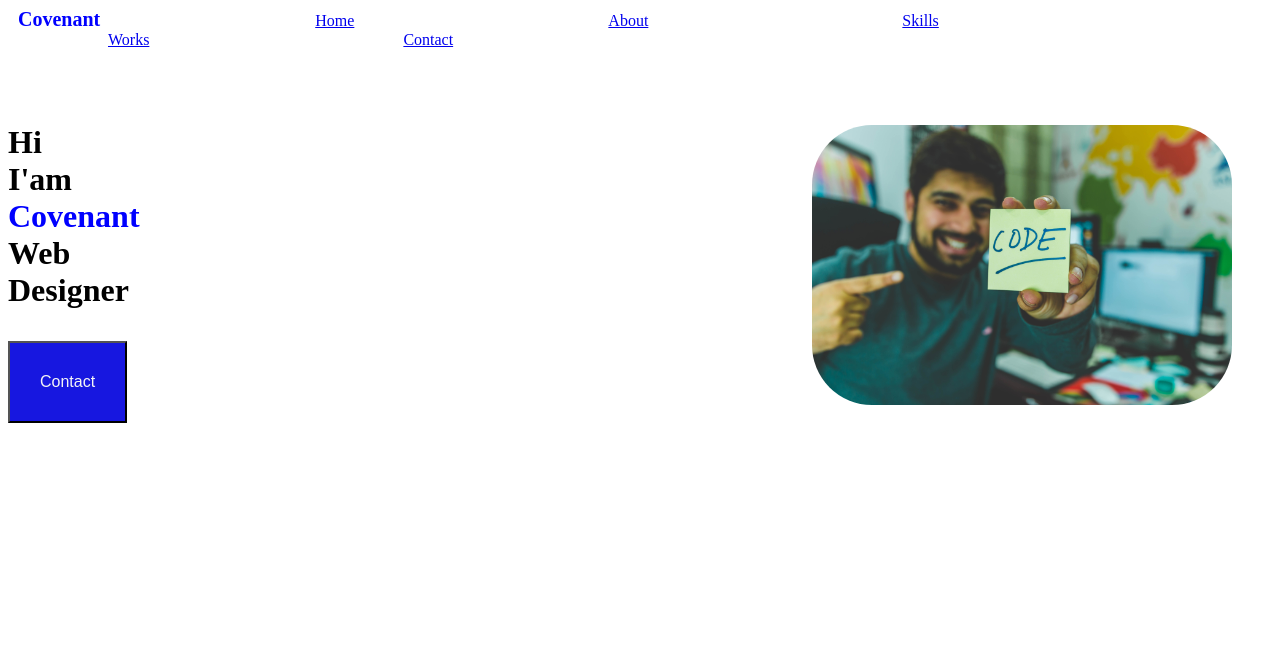
Repository: Tobby004/bdc-assignment-1
Page: index.html
The author's editor kept a copy of each file at every save. The page is drawn from the files as they stood at one save, then again after the next save.
The browser window is 1280 px wide. The pictures show the whole page.

Above is the page before, as saved 2023-02-09 10:28:37.

### index.html
<!DOCTYPE html>
<html lang="en">
<head>
    <meta charset="UTF-8">
    <meta http-equiv="X-UA-Compatible" content="IE=edge">
    <meta name="viewport" content="width=device-width, initial-scale=1.0">
    <title>Document</title>
    <link rel="stylesheet" href="task.css">
</head>
<body>
    <header>
        <b>
            Covenant
        </b>
        <a href="#">
            Home</a>
            <a href="#">About</a>
            <a href="#">Skills</a>
            <a href="#">Works</a>
            <a href="#">Contact</a>
    </header>
    <br>
    <br>
   <img src="image/Cov.jpg">
   <br>
   <h1>Hi <br> I'am <b>Covenant</b><br> Web Designer</h1>
<button>Contact</button>
</body>
</html>

### task.css
* {
    box-sizing: border-box;
}
header{
    max-width: 500%;
    display: flexbox;
    color: blue;
}
header b {
font-size: 20px;
padding: 10px;
margin-right: 100px;
width: 100%;
margin-bottom: 20px;
justify-content: space-between;
}
header a {
    margin-inline-end: 100px;
    max-width: 500%;
    margin-inline-end: 50px;
    padding: 100px;

}
img{
    width: 500px;
    padding: 40px;
    float: right;
    border-radius: 100px;
    border-width: 20%;
}
h1 b {
    color: blue;
}
button {
    background-color: rgb(23, 23, 224);
    font-size: medium;
    display: block;
    color: whitesmoke;
    padding: 30px;
}
h1 {
    padding-block-end: 10px;
    width: 10px;
}

After the next save:
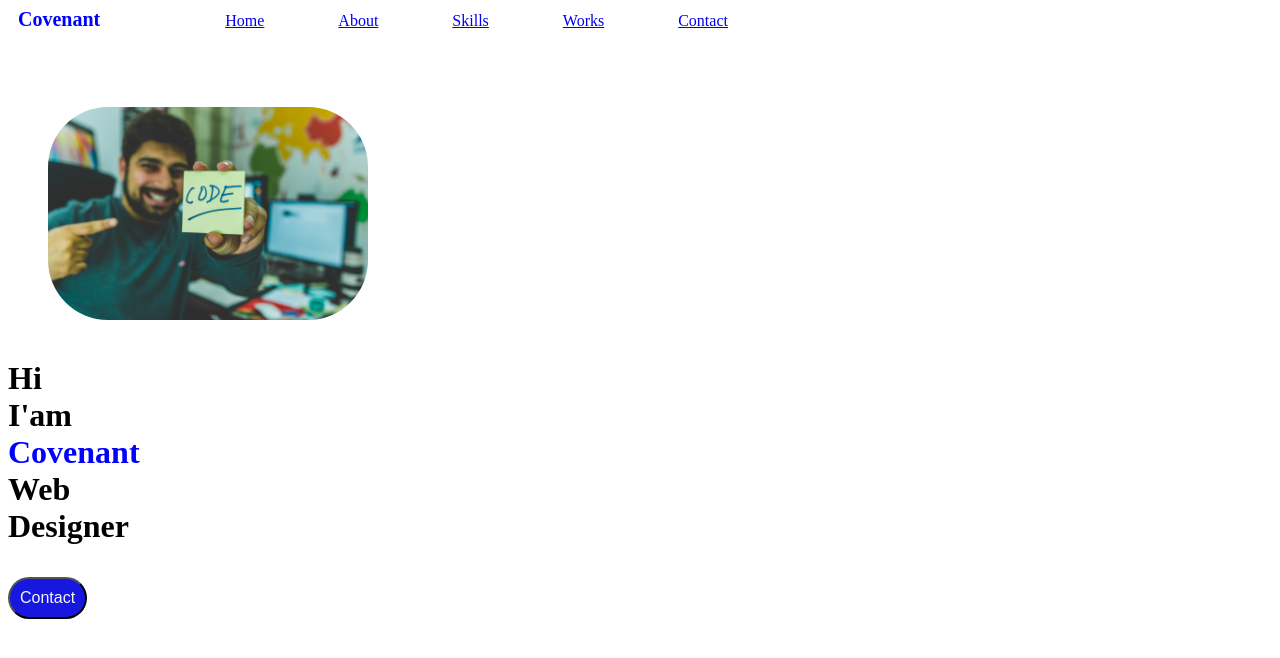
Saved 79 s later.
--- a/task.css
+++ b/task.css
@@ -18,13 +18,14 @@ header a {
     margin-inline-end: 100px;
     max-width: 500%;
     margin-inline-end: 50px;
-    padding: 100px;
+    padding: 10px;
 
 }
 img{
-    width: 500px;
+    width: 400px;
     padding: 40px;
     float: right;
+    float: inline-start;
     border-radius: 100px;
     border-width: 20%;
 }
@@ -36,7 +37,8 @@ button {
     font-size: medium;
     display: block;
     color: whitesmoke;
-    padding: 30px;
+    padding: 10px;
+    border-radius: 35px;
 }
 h1 {
     padding-block-end: 10px;
